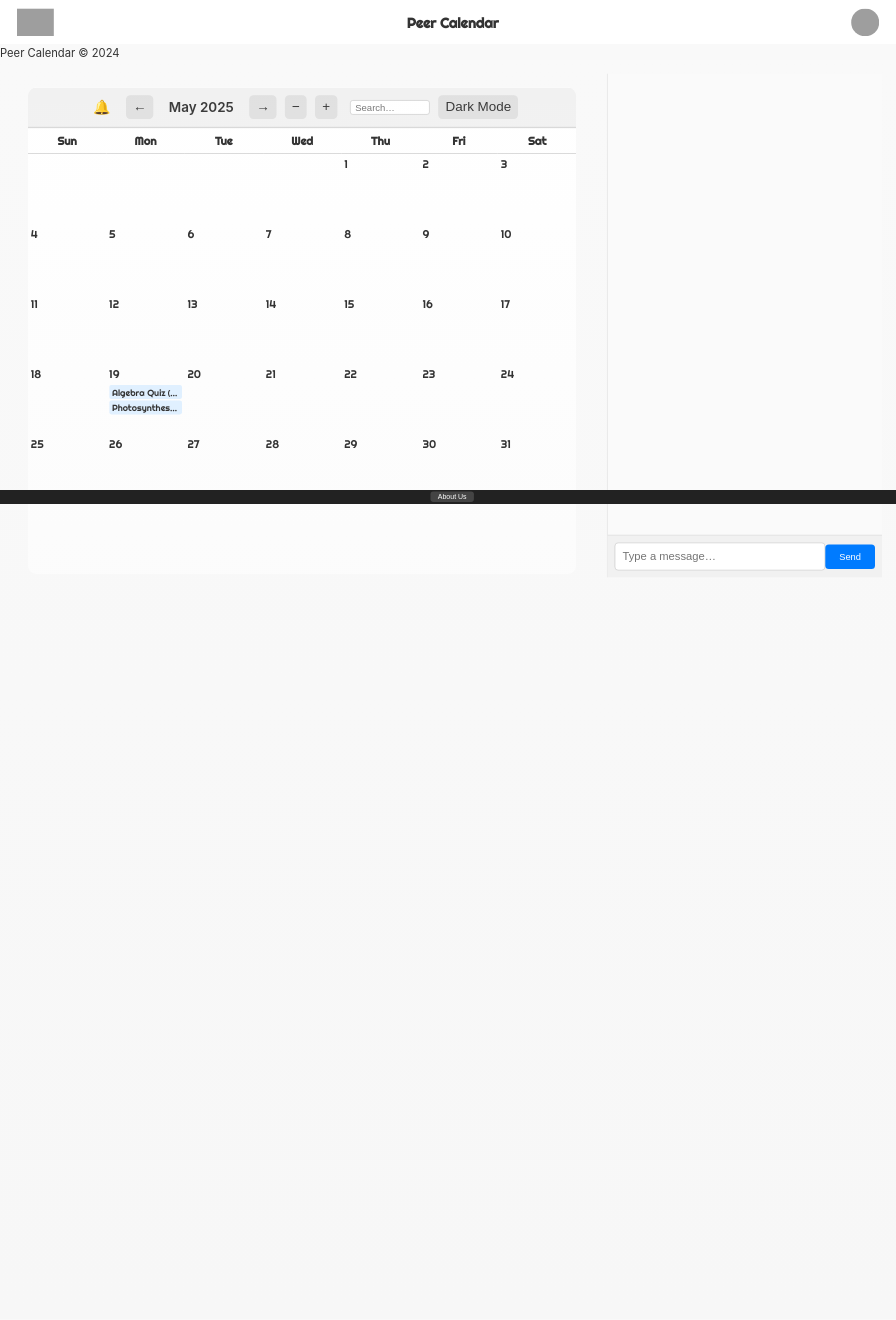
Repository: saifg123/Peer
Page: app.html
An editor plug-in stored every save of this project. The page is shown before and after the next save, followed by the edit.
The browser window is 1280 px wide. The pictures show the whole page, at 70% of full size.
Pictures or frames that could not be fetched are drawn as grey boxes.

Above is the page before, as saved 2025-05-20 20:14:43.

After the next save:
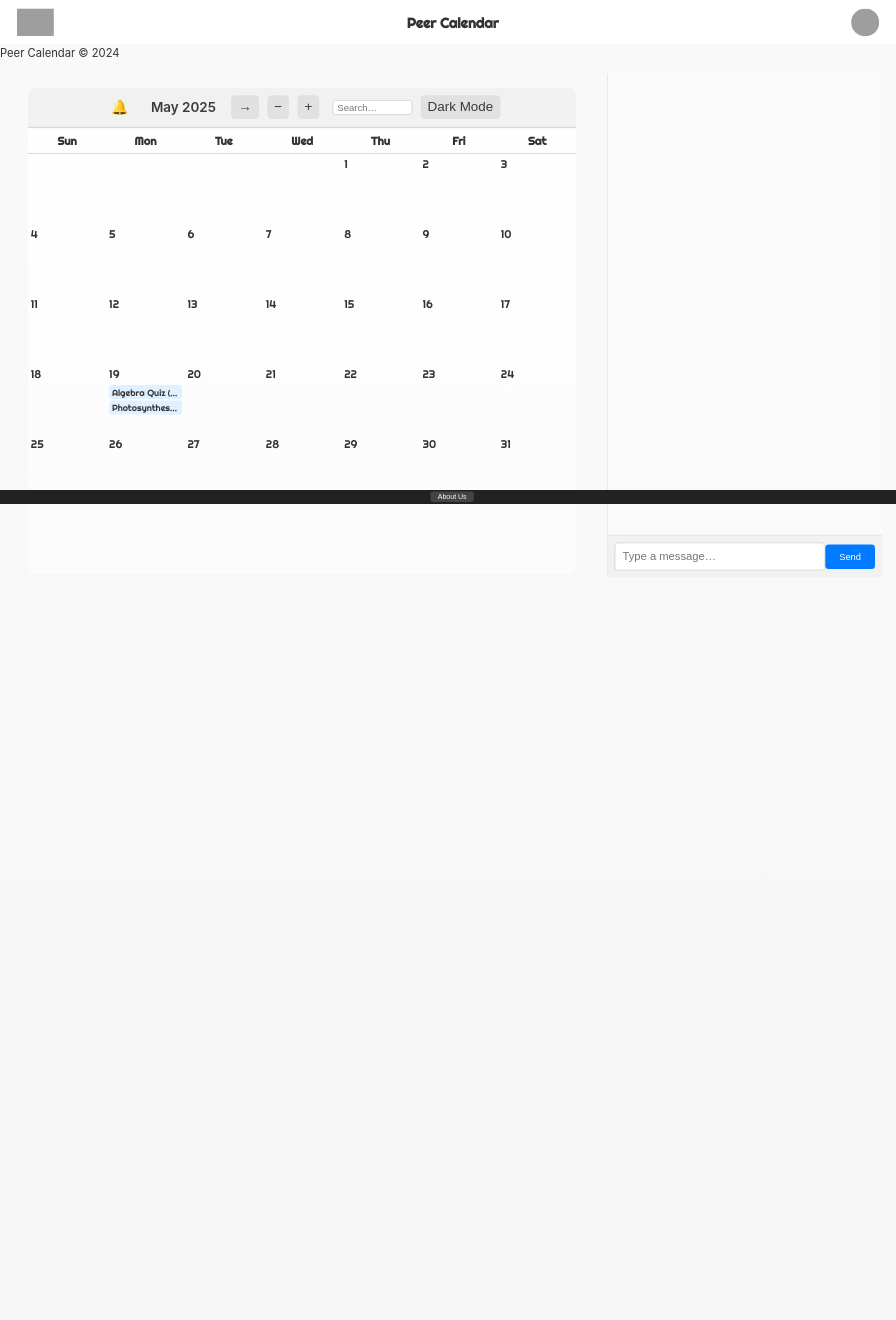
Saved 107 s later.
--- a/app.html
+++ b/app.html
@@ -208,7 +208,26 @@
       <button type="button" id="notification-btn" title="Notifications" style="background:none;border:none;cursor:pointer;">
       <span style="font-size: 20px;">🔔</span>
       </button>
-      <button type="button" id="prev">&larr;</button>
+      <button type="button" id="prev" style="display:none;">&larr;</button>
+      <script>
+        // Show #prev button only when footer is maximized
+        (function() {
+          const prevBtn = document.getElementById('prev');
+          const footer = document.getElementById('dynamic-footer');
+          function checkFooter() {
+        // Footer is maximized if height is close to 48px (allow small margin)
+        const h = parseFloat(getComputedStyle(footer).height);
+        if (h >= 46) {
+          prevBtn.style.display = '';
+        } else {
+          prevBtn.style.display = 'none';
+        }
+          }
+          window.addEventListener('scroll', checkFooter);
+          // Initial check
+          checkFooter();
+        })();
+      </script>
       <div id="view-label">Month</div>
       <button type="button" id="next">&rarr;</button>
       <button type="button" id="zoom-out">−</button>
